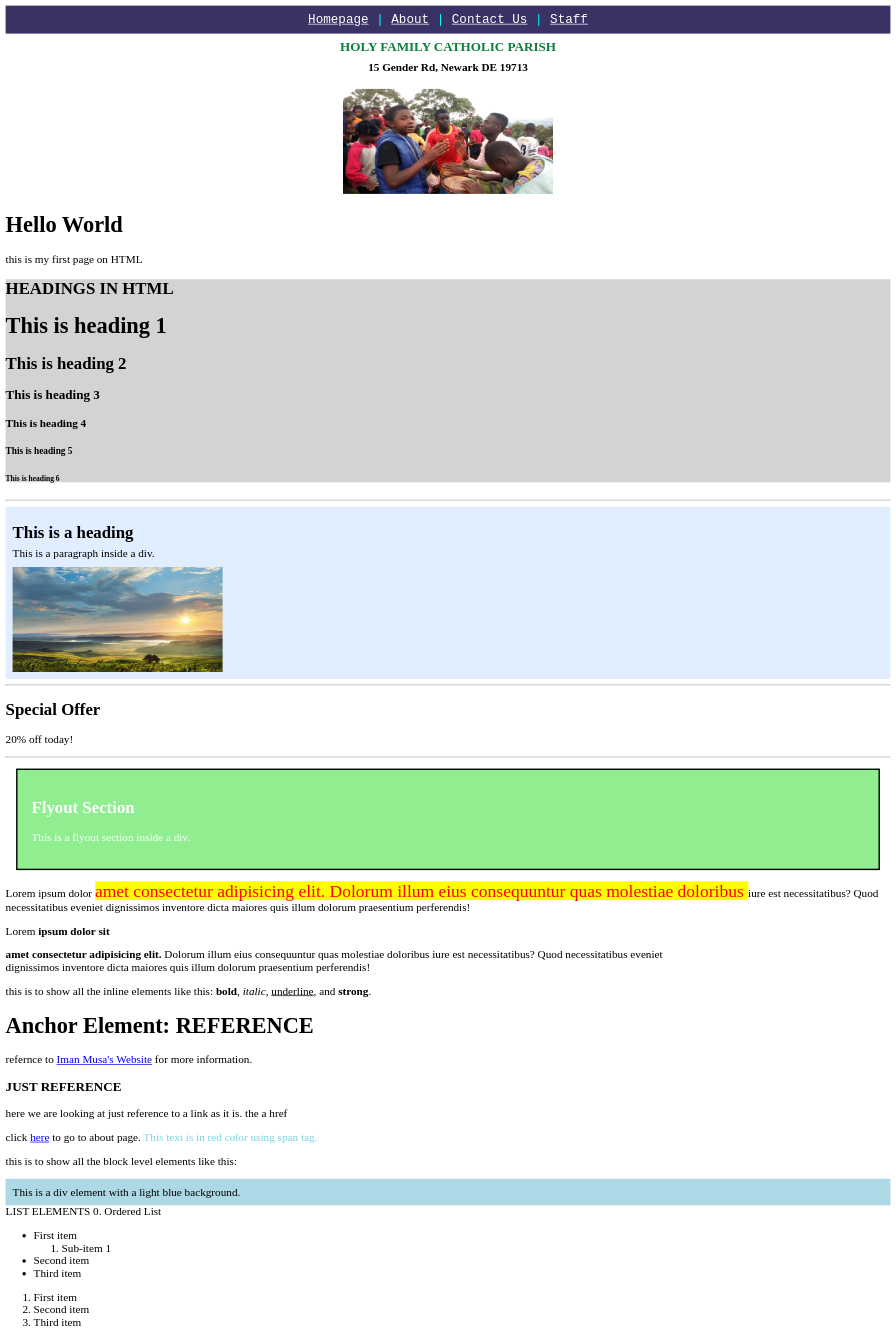
Repository: ficotims/HTML-RESTART
Page: Homepage.html
An editor plug-in stored every save of this project. The page is shown before and after the next save, followed by the edit.
The browser window is 1280 px wide. The pictures show the whole page, at 70% of full size.

Above is the page before, as saved 2026-02-10 13:24:56.

### Homepage.html
<!doctype html>
<html lang="en">
  <head>
    <meta charset="UTF-8" />
    <meta name="viewport" content="width=device-width, initial-scale=1.0" />
    <title>HTML Crash course with Iman Musa</title>
    <link rel="stylesheet" href="Style 1.css"/>
  </head>
  <body>

    <!-- NAVIGATION SECTION -->
        <div style="background-color: rgb(58, 49, 100); padding: 10px; text-align: center; color: aqua; font-size: 18px; font-family: monospace, Lemon milk;">
    <a href="Homepage.html" target="_top" style="color: white;">Homepage</a> |
    <a href="about.html" style="color: white;">About</a> | <a href="Contact us.html" style="color: white;">Contact Us</a> |
    <a href="staff.html" style="color: white;">Staff</a>
     </div>

 <div style="text-align: center;">
    <h3><span style="color: rgb(14, 126, 61);"><div style="line-height: 0;">HOLY FAMILY CATHOLIC PARISH</b></span></h3>
    <H4>15 Gender Rd, Newark DE 19713</H4>
    <img
        src="images/Acension.jpg"
        alt="Catholic Church Logo"
        width="300"
        height="150"
      />
      </div>

    <h1>Hello World</h1>
    <p>this is my first page on HTML</p>
    <!-- this is a comment and will not appear on the screen/ page -->
    <!-- let us introduce the headings -->
    <div style="background-color: lightgray; padding: px; text-align: left">
      <h2>HEADINGS IN HTML</h2>
    <h1>This is heading 1</h1>
    <h2>This is heading 2</h2>
    <h3>This is heading 3</h3>
    <h4>This is heading 4</h4>
    <h5>This is heading 5</h5>
    <h6>This is heading 6</h6>
    </div>

    <!-- here we are starting off LEARNING HOW TO USE THE <div> TAG -->
 <hr>
      <div style="background-color: rgb(224, 238, 255); padding: 10px; text-align: left; line-height: 0.5;">
  <h2>This is a heading</h2>
  <p>This is a paragraph inside a div.</p>
  <img src="images/landscape.jpg" alt="Landscape" width="300"
        height="150" />
</div>
<hr>
<div class="highlight-box">
  <h2>Special Offer</h2>
  <p>20% off today!</p>
</div>
<hr>

  <div class="flyout">
    <h2>Flyout Section</h2>
    <p>This is a flyout section inside a div.</p>
  </div>


    <!-- thi is for paragraphs now -->
    <p>
      Lorem ipsum dolor <span class="body1">amet consectetur adipisicing elit. Dolorum illum
      eius consequuntur quas molestiae doloribus </span> iure est necessitatibus? Quod
      necessitatibus eveniet dignissimos inventore dicta maiores quis illum
      dolorum praesentium perferendis!
    </p>

    <p>
      Lorem <b>ipsum dolor sit <div>amet consectetur adipisicing elit.</b> Dolorum
      illum eius consequuntur quas molestiae doloribus iure est necessitatibus?
      Quod necessitatibus eveniet </div>dignissimos inventore dicta maiores quis illum
      dolorum praesentium perferendis!
    </p>


    <!-- this is for inline leve elements -->

    <p>
      this is to show all the inline elements like this: <b>bold</b>,
      <i>italic</i>, <u>underline</u>, and <strong>strong</strong>.
      <br />

      <!-- using the other inline elements: Anchor Elements (which are just links) -->
    </p>
    <h1>Anchor Element: REFERENCE</h1>
    refernce to
    <a href="https://www.google.com" target="_blank">Iman Musa's Website</a> for
    more information.
    <h3>JUST REFERENCE</h3>
    <p>here we are looking at just reference to a link as it is. the a href</p>
    click <a href="about.html" target="_blank">here</a> to go to about page.

    <!-- SPAN ELEMENT -->
    <span style="color: rgba(31, 190, 211, 0.63)">This text is in red color using span tag.</span>
    <p>
      <!-- now let us introduce the block level elements -->
      this is to show all the block level elements like this:
    </p>

    <div style="background-color: lightblue; padding: 10px">
      This is a div element with a light blue background.
    </div>

    <!-- this is LIST -->
<hi2>LIST ELEMENTS</h2>

    0. Ordered List

    <ul>
      <li>First item</li>
      <ol><li>Sub-item 1</li></ol>
      <li>Second item</li>
      <li>Third item</li>
    </ul>

    <ol>
      <li>First item</li>
      <li>Second item</li>
      <li>Third item</li>
    </ol>
  </body>
</html>

### Style 1.css
.body1 {
    color: red;
    background-color: yellow;
    font-size: 25px;
}

.flyout {
    border: 2px solid black;
    background-color: lightgreen;
    color: white;
    padding: 20px;
    margin: 15px;
}

After the next save:
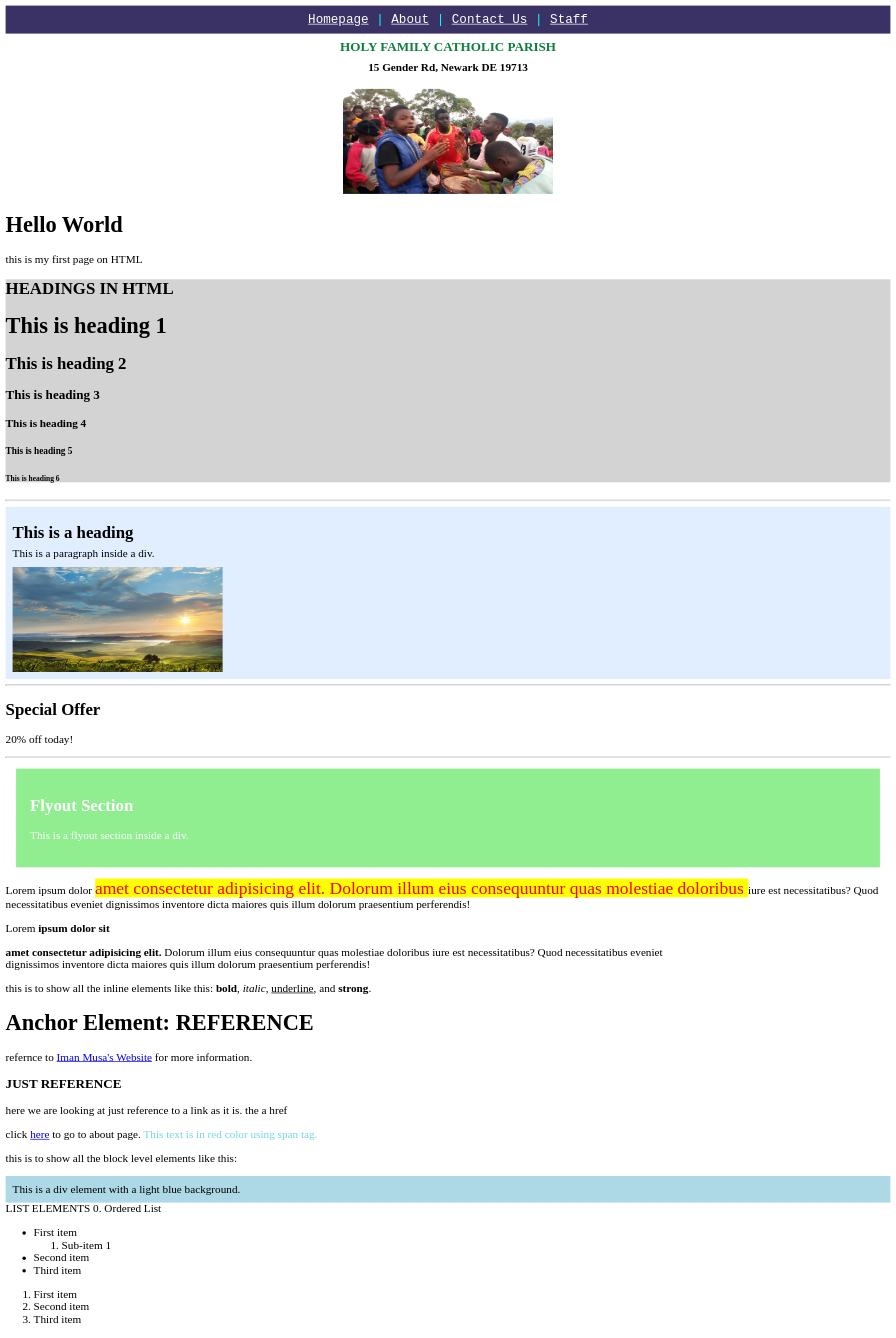
Saved 17 s later.
--- a/Style 1.css
+++ b/Style 1.css
@@ -5,7 +5,7 @@
 }
 
 .flyout {
-    border: 2px solid black;
+    border: none;
     background-color: lightgreen;
     color: white;
     padding: 20px;
